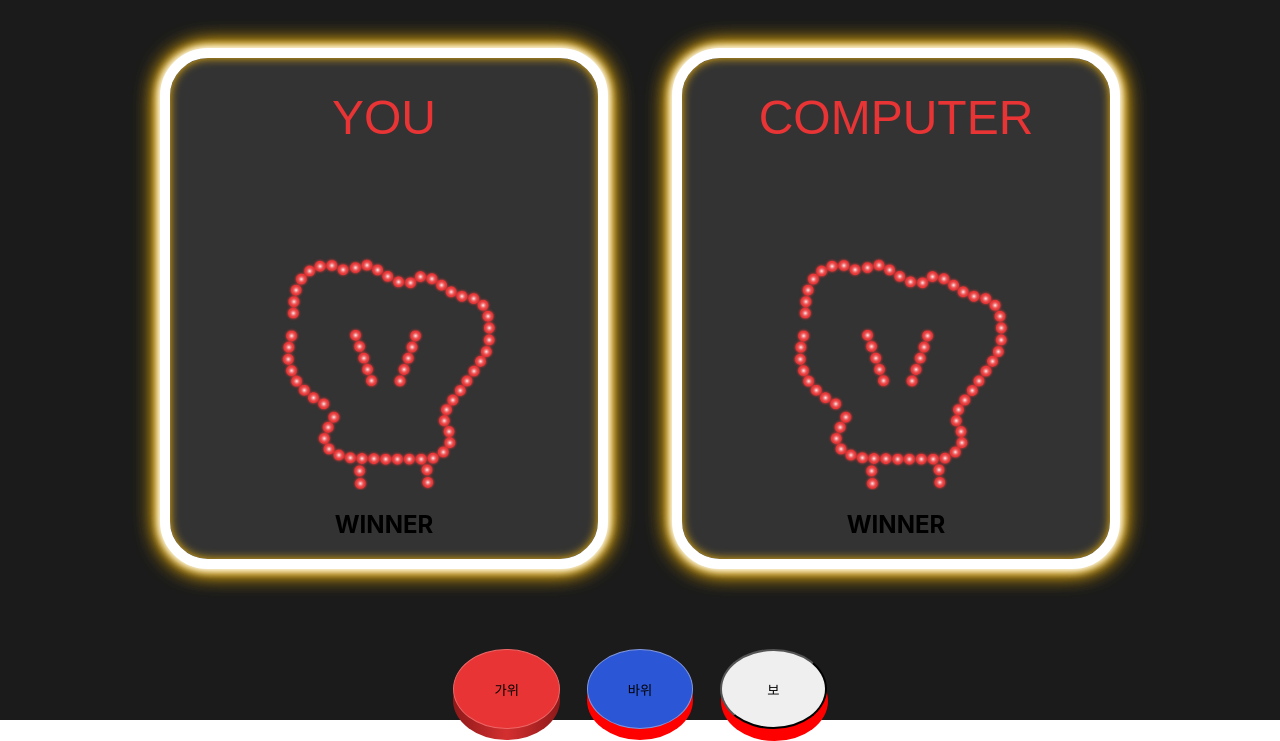
Repository: KIMMIHYE12/classComponent
Page: /
An editor plug-in stored every save of this project. The page is shown before and after the next save, followed by the edit.
The browser window is 1280 px wide. The pictures show the whole page.
Some web fonts or font styles are not loaded; a fallback is used. The project was rebuilt for these pictures with package versions that can differ from the ones it lists, and the page was loaded fresh each time.

Above is the page before, as saved 2024-03-18 23:13:31.

After the next save:
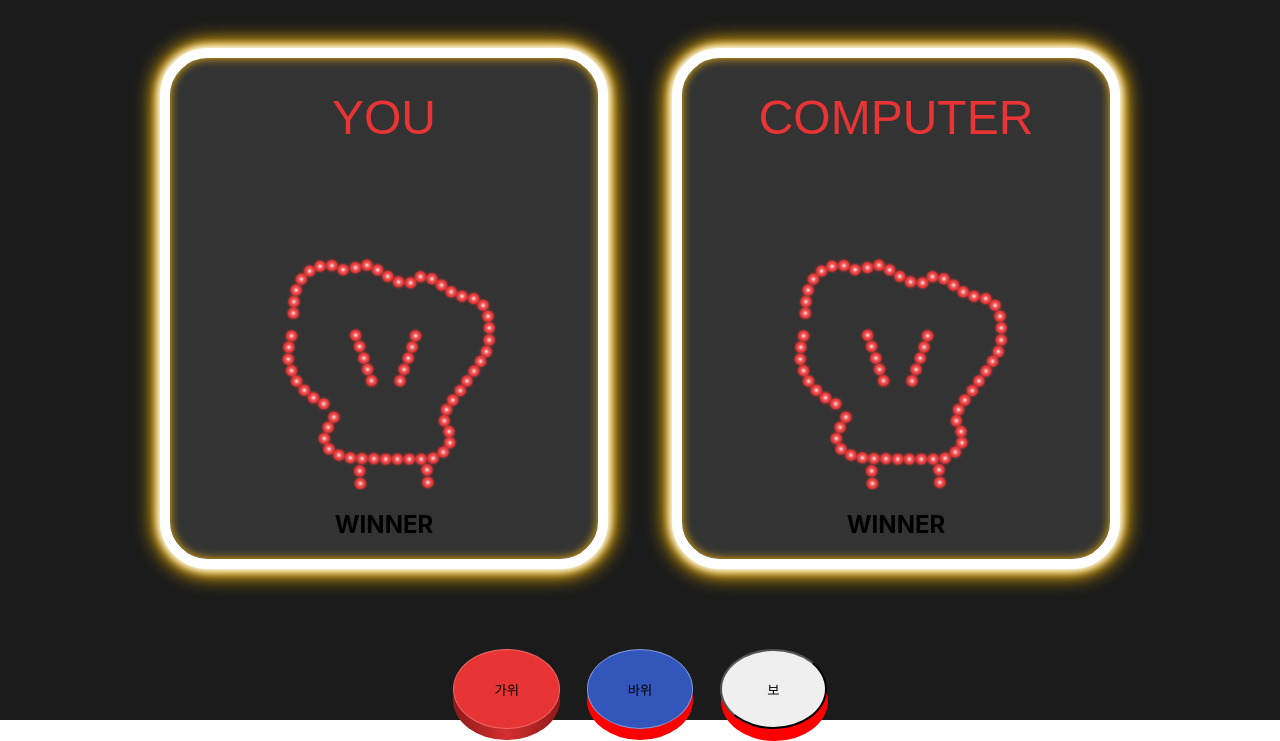
Saved 10 s later.
--- a/src/App.css
+++ b/src/App.css
@@ -65,7 +65,7 @@ img {
 }
 
 .btn_wrap button.rock {
-  background-color: #2b56d6;
+  background-color: #3356bd;
   border: 1px solid #8097dc;
 }
 

After the save that followed:
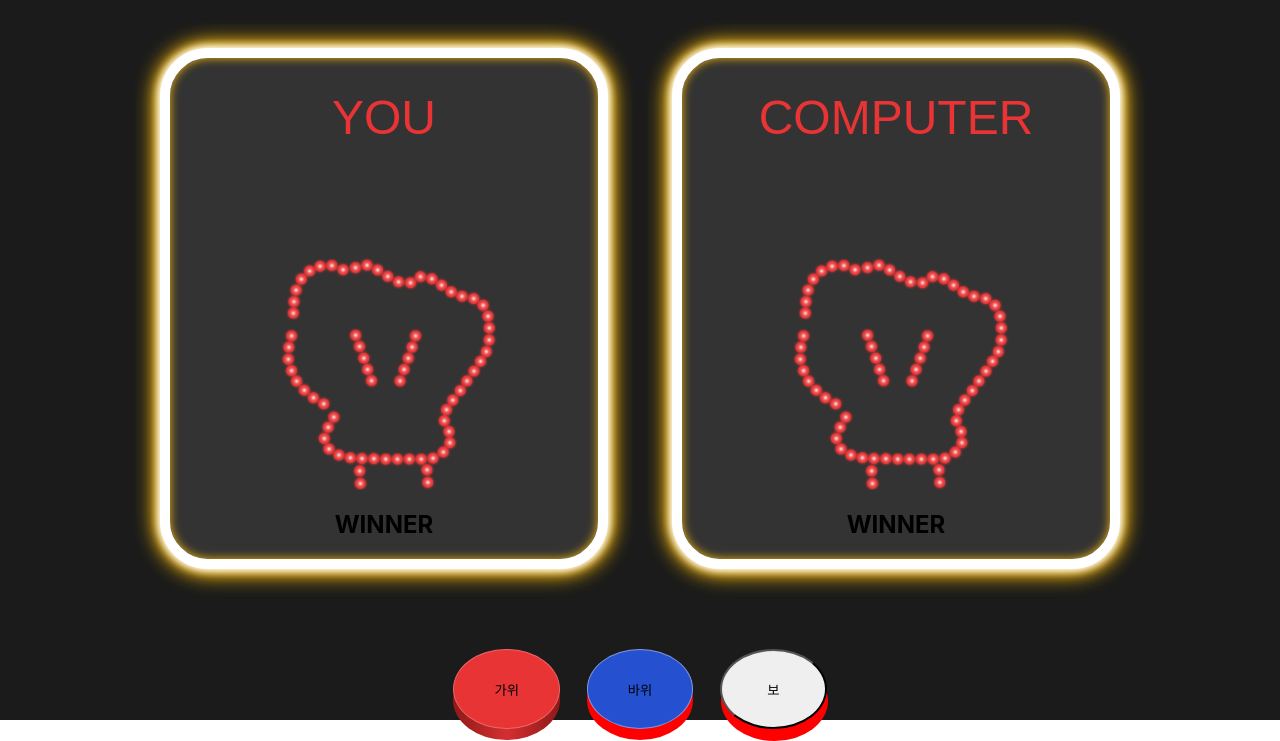
Saved 19 s later.
--- a/src/App.css
+++ b/src/App.css
@@ -65,7 +65,7 @@ img {
 }
 
 .btn_wrap button.rock {
-  background-color: #3356bd;
+  background-color: #2551d1;
   border: 1px solid #8097dc;
 }
 
